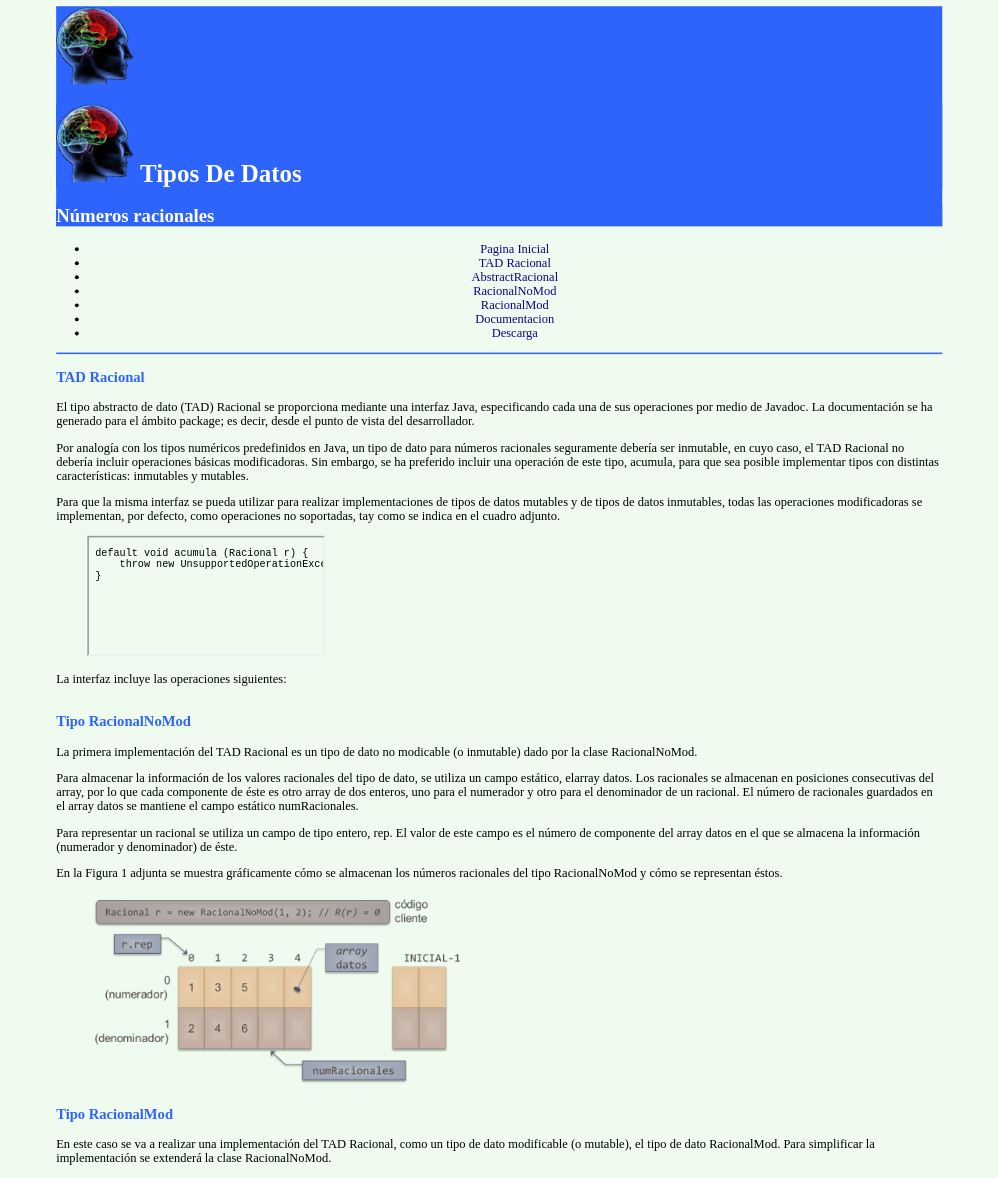
Repository: dgsama/Curso17
Page: SEW/WorkSpace/Practica02/html/index.html
An editor plug-in stored every save of this project. The page is shown before and after the next save, followed by the edit.
The browser window is 1280 px wide. The pictures show the whole page, at 78% of full size.

Above is the page before, as saved 2016-10-05 10:46:14.

After the next save:
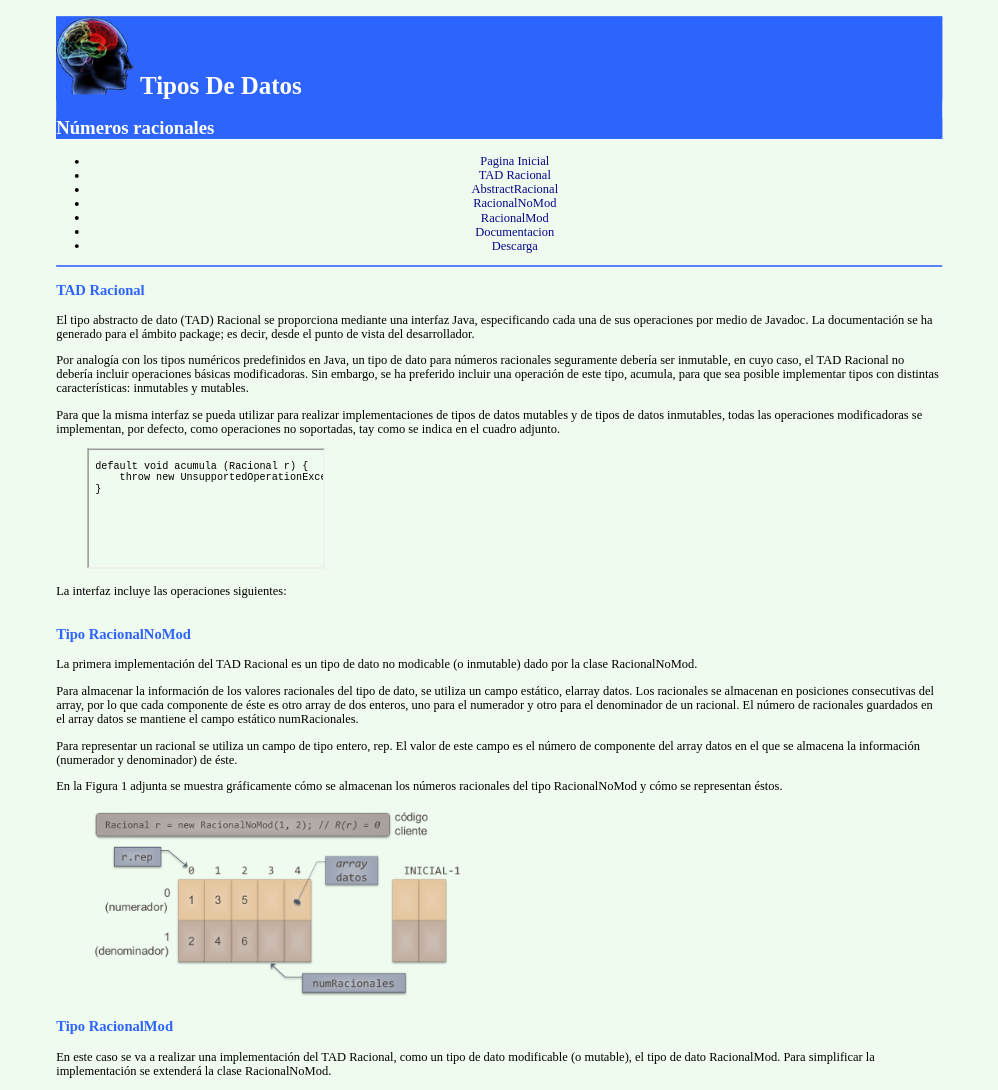
Saved 14 s later.
--- a/SEW/WorkSpace/Practica02/html/index.html
+++ b/SEW/WorkSpace/Practica02/html/index.html
@@ -8,7 +8,7 @@
 </head>
 <body>
     <header>
-        <img src="..\logo.png"> </img>
+
         <h1><img src="..\logo.png"> </img>Tipos De Datos</h1>
         <h2>Números racionales</h2>
     </header>
